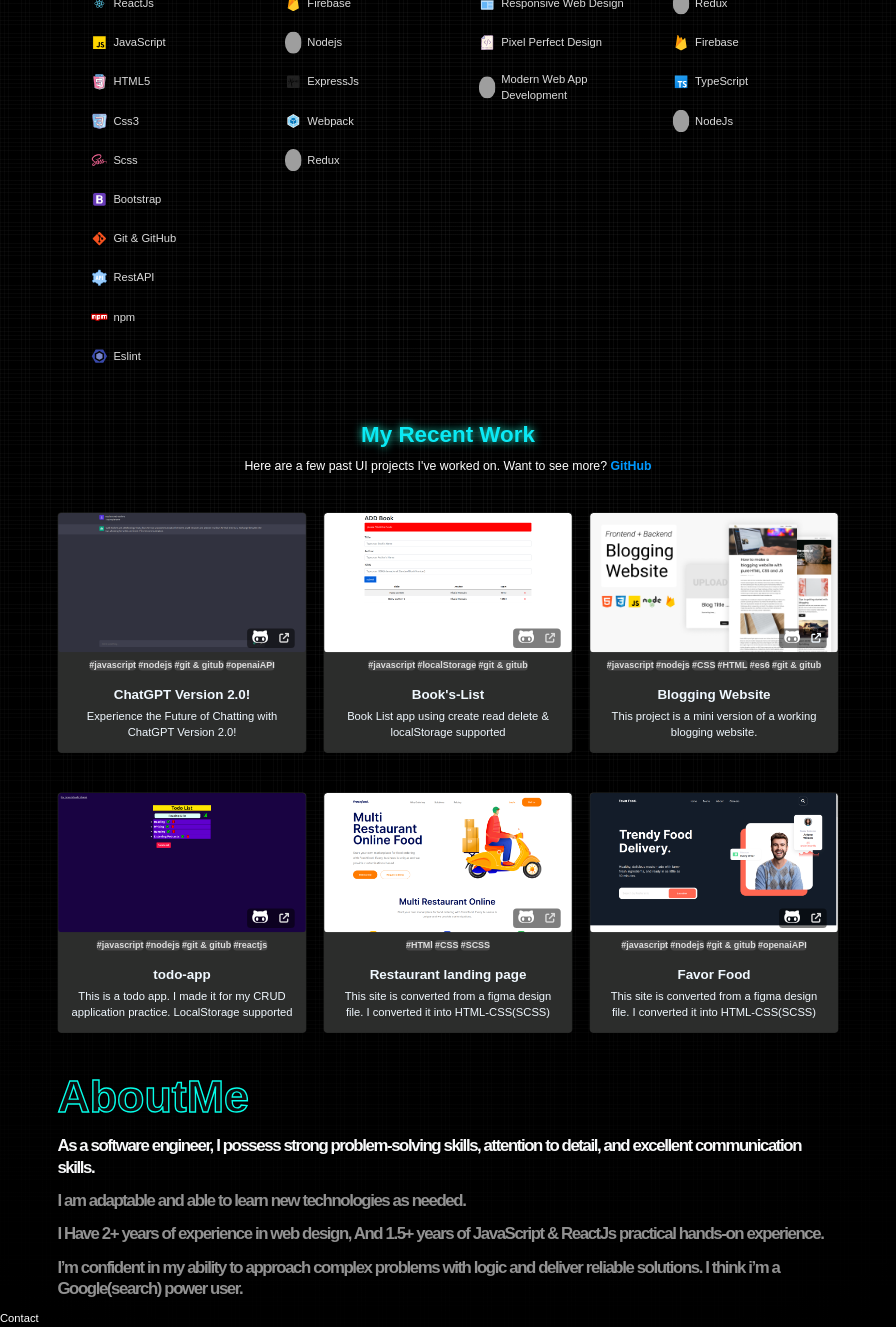
Repository: badhon252/my-portfolio
Page: /
The author's editor kept a copy of each file at every save. The page is drawn from the files as they stood at one save, then again after the next save.
The browser window is 1280 px wide. The pictures show the part of the page from y = 1037 to 2957 px (the page is 2933 px tall before and 2957 px after), at 70% of full size.
Pictures or frames that could not be fetched are drawn as grey boxes. The project was rebuilt for these pictures with package versions that can differ from the ones it lists, and the page was loaded fresh each time. Also part of the build but not shown: src/Components/Home/Header/HeaderContent/HeaderContent.css, src/Components/Home/Header/Navbar/Navs/GitHub/Github.module.css, src/Components/Home/Header/Navbar/Navs/LinkedIn/LinkedIn.module.css.

Above is the page before, as saved 2023-01-24 16:42:30.

### public/index.html
<!DOCTYPE html>
<html lang="en">

<head>
    <meta charset="utf-8" />
    <link rel="icon" href="%PUBLIC_URL%/favicon.ico" />
    <meta name="viewport" content="width=device-width, initial-scale=1" />
    <meta name="theme-color" content="#000000" />
    <meta name="description" content="Web site created using create-react-app, Portfolio" />
    <link rel="apple-touch-icon" href="%PUBLIC_URL%/logo192.png" />
    <link rel="stylesheet" href="https://cdnjs.cloudflare.com/ajax/libs/font-awesome/6.2.1/css/all.min.css">
    <link rel="manifest" href="%PUBLIC_URL%/manifest.json" />
    <!--  Bootstap== -->
    <link rel="stylesheet" href="https://cdn.jsdelivr.net/npm/bootstrap@5.3.0-alpha1/dist/css/bootstrap.min.css">


    <title>Khalid Hossain | Portfolio Website</title>
</head>

<body>
    <div id="root"></div>

    <script src="https://cdn.jsdelivr.net/npm/bootstrap@5.3.0-alpha1/dist/js/bootstrap.bundle.min.js"></script>
    <!-- <script src="https://platform.linkedin.com/badges/js/profile.js" async defer type="text/javascript"></script> -->

</body>

</html>

### src/index.css
body {
    margin: 0;
    font-family: -apple-system, BlinkMacSystemFont, 'Segoe UI', 'Roboto', 'Oxygen', 'Ubuntu', 'Cantarell', 'Fira Sans', 'Droid Sans', 'Helvetica Neue', sans-serif;
    -webkit-font-smoothing: antialiased;
    -moz-osx-font-smoothing: grayscale;
    background-color: #000000;
    background-image: radial-gradient(circle at center center, transparent 0%, rgb(0, 0, 0) 99%), repeating-linear-gradient(0deg, rgba(163, 163, 163, 0.07) 0px, rgba(163, 163, 163, 0.07) 1px, transparent 1px, transparent 6px), repeating-linear-gradient(90deg, rgba(163, 163, 163, 0.07) 0px, rgba(163, 163, 163, 0.07) 1px, transparent 1px, transparent 6px), linear-gradient(90deg, rgb(0, 0, 0), rgb(0, 0, 0));
    color: #ffffff;
}

* {
    margin: 0;
    padding: 0;
    box-sizing: border-box;
    font-family: 'Poppins', sans-serif;
}

### src/Components/Home/Home.jsx
import AboutMe from "./AboutMe/AboutMe";
import Footer from "./Footer/Footer";
import Header from "./Header/Header";
import Projects from "./Project/Projects";
import Skill from "./Skill/Skill";


export default function Home() {
  return (
    <div>
        <Header />
        <Skill/>
        <Projects/>
        <AboutMe/>
        <Footer/>

    </div>
  )
}

### src/Components/Home/AboutMe/AboutMe.jsx
import React from 'react';

const AboutMe = () => {
    return (
        <div className='container'>
            <h1>AboutMe</h1>
            <div className="about-me">
                <p className='bold text-light'>As a software engineer, I possess strong problem-solving skills, attention to detail, and excellent communication skills.
                </p>
                <p>
                     I am adaptable and able to learn new technologies as needed.


                </p>
                <p>I Have 2+ years of experience in web design, And 1.5+ years of JavaScript & ReactJs practical hands-on experience.</p>
                <p> I’m confident in my ability to approach complex problems with logic and deliver reliable solutions.
                   I think i’m a Google(search) power user.</p>
            </div>
        </div>
    );
}

export default AboutMe;

### src/Components/Home/Footer/Footer.jsx
import React from 'react'
import Contact from './Contact/Contact'

export default function Footer() {
  return (
    <div>
        <Contact/>
    </div>
  )
}

### src/Components/Home/Header/Header.jsx
import React from 'react'
import HeaderContent from './HeaderContent/HeaderContent'
import Navbar from './Navbar/Navbar'
import Classes from './Header.module.css'

export default function Header() {
  return (
    <div className={Classes.header}>
      <Navbar/>
      <HeaderContent/>
    </div>
  )
}

### src/Components/Home/Skill/Skill.jsx
import "./Skill.css"
import SkillSet from "./SkillSet";
const SkillEfficiency = () => {
    return (
       <div id="skill" className="container">
                <h2 className="skillSet__title"> <span>My Skills Set</span> </h2>
                <div className="skillSet__title__line">

                    <div className="skillSet__title__line__inner">
                        I Have 2+ years of web design, And 1.5+ years of JavaScript & ReactJs practical hands-on experience. <br />
                        <span> I am adaptable and able to learn newtechnologies as needed.</span>
                    </div>
                </div>
                  <SkillSet/>
       </div>
    );
}

export default SkillEfficiency;

### src/Components/Home/Header/HeaderContent/HeaderContent.jsx
import Badhon from "../../../../Assests/Images/badhon-color.png";
import HeroSection from './HeroSection'
// import Classes from "./Header.module.css";

export default function HeaderContent() {
  return (
      <div className="container">
        <div className="row my-5" >
            <div className="col-md-4">
              <img src={Badhon} alt="Badhon" className="img-fluid w-100 px-2" />
            </div>
            <div className="col-md-8 py-5 d-flex flex-column">
              <HeroSection />
            </div>
        </div>
      </div>
  )
}

### src/Components/Home/Header/Navbar/Navbar.jsx
import "./Navs/Navs.css"
import "./Navbar.css"
import Nav from './Navs/Nav/Nav'
// import NavbarBrand from './NavbarBrand/NavbarBrand'
// import LinkedIn from './Navs/LinkedIn/LinkedIn'
// import GitHub from './Navs/GitHub/Github'

export default function Navbar() {
  return (
    <div className='navBar borderBottom'>
            <Nav/>
         {/* <div className='navBar'>
            <LinkedIn/>
            <GitHub/>
         </div> */}
    </div>
  )
}

### src/Components/Home/Header/Header.module.css
.header {
    min-height: 100vh;
    color: aliceblue;
    padding: 0 1rem;
}

### src/Components/Home/Project/ProjectCard.jsx
import CardImgLink from "./Card_img__link"
import "./Projects.css"

export default function ProjectCard(props) {

  function stacks(){
    return props.stack.map((item, index) => {
      return <span className="stack" key={index}>#{item}</span>
    })
  }

  return (
    <div className="card my-1" id="card">
          <div className="card-img">
            <a href={props.preview}>
              <img src={props.img} className="card-img-top img-fluid" alt={props.title}/>
            </a>

          </div>
        <div className="card-body">
          <div className="stacks">
              <CardImgLink preview={props.preview} link={props.link}/>
             {stacks()}
          </div>

            <h5 className="card-title my-2">{props.title}</h5>
            <span className="card-text">{props.text}</span>

        </div>
    </div>
  )
}

### src/Components/Home/Project/Projects.css
#card {
    background-color: #2c2d2c;
    /* width: 18rem */
    overflow: hidden;
    color: aliceblue;
    position: relative;
    text-align: center;
}

.card-img {
    overflow: hidden;
}

.img-fluid {
    border-radius: 0%;
    width: 100%;
    height: 100%;
    object-fit: cover;
    object-position: center;
    transition: 0.5s;
}

.card-img-top:hover {
    border-radius: 0;
    transform: scale(1.2);
}


/* Path: src/Components/Home/Project/Projects.css */

.project__title {
    color: rgb(255, 255, 255);
    text-align: center;
}

.project__title h2 {
    font-size: 2rem;
    font-weight: 700;
    margin-bottom: 1rem;
}

.project__title__line {
    font-weight: 500;
    font-size: 1.1rem;
}

.project__title__line a {
    color: #0099ff;
    text-decoration: none;
    font-weight: 600;
}

.project__title__line a:hover {
    color: #1da5ff;
    text-decoration: underline;
    font-weight: 600;
}

.card_img__link {
    border-radius: 5px;
    display: flex;
    align-items: center;
    justify-content: flex-end;
    position: absolute;
    right: 0;
    top: -40px;
    background-color: rgba(0, 0, 0, 0.507);
    transition: 0.5s;
}

.card_img__link a {
    color: #dbdbdb;
    text-decoration: none;
    font-weight: 700;
    margin: 0 .5rem;
}

.card_img__link a:hover {
    color: #eae8ff;
    text-decoration: none;
    font-weight: 700;
}


/* .card_img__link i {
    width: 35px;
    position: absolute;
    height: auto;
    z-index: 1;
    top: 0;
} */


/* .githubIcon {
    right: 5px;
}

.redirect {
    max-width: 40px;
    margin-top: 6px;
    color: #0099ff;
} */

.card-body {
    z-index: 111;
}

.card-body h5 {
    font-size: 1.2rem;
    font-weight: 600;
    margin: 0;
}

.card-body .stacks {
    margin: 0;
    transform: translatey(-10px);
}

.card-body .stack {
    display: inline;
    font-size: .8rem;
    font-weight: 600;
    color: #dddddd;
    background-color: rgb(73, 73, 73);
    margin: .1rem;
    border-radius: 5px;
    text-align: left;
}

### src/Components/Home/Skill/Skill.css
/* .skills {
    margin: 4rem 0 2rem 0;
    display: flex;
    justify-content: space-around;
    flex-wrap: wrap;
    gap: 2rem;
    height: 80vh;
    overflow: hidden;
} */

.skillSet__title__text {
    font-size: 1.5rem;
    font-weight: 600;
    margin-bottom: 1rem;
}

.skillSet li {
    list-style-type: none;
    margin: 0.5rem 1rem;
    color: #ffffffda;
    transition: .4s;
    display: flex;
    align-items: center;
    padding: .5rem 0;
}

.skillSet li img {
    width: 1.5rem;
    margin-right: 0.5rem;
}

.skillSet li:hover {
    color: #ffffff;
    scale: 1.4;
}

.skillSet__title {
    text-align: center;
    font-size: 2rem;
    padding: 1rem 0;
}

.skillSet__title span {
    padding: 1rem 0;
    border-bottom: 4px solid rgb(255, 28, 28);
}

.skillSet__title__line {
    font-size: 1.3rem;
    font-weight: 600;
    color: rgba(255, 255, 255, 0.63);
    text-align: center;
    margin: 1rem 0;
}

.skillSet__title__line__inner {
    margin: 24px 0 80px 0;
    font-size: 1.3rem;
    font-weight: 500;
    line-height: 1.5;
}

.skillSet__title__line__inner span {
    color: #ffffffec;
}

.skillSet {
    margin: 1rem 0;
}


/* Generated code  */


/* .wave-container {
    height: 40vh;
    background-color: #000000;
    position: relative;
}

.wave-container::before {
    content: "";
    width: 100%;
    height: 135px;
    position: absolute;
    bottom: -0.3%;
    left: 0;
    background-size: auto;
    background-repeat: repeat no-repeat;
    background-position: 54vw bottom;
    background-image: url("data:[embedded picture, 356 characters]");
}

@media(max-width:850px) {
    .wave-container::before {
        height: 67.5px
    }
} */

### src/Components/Home/Skill/SkillSet.jsx
import "./Skill.css"
import reactIcon from "../../../Assests/icons/react.svg"
import jsIcon from "../../../Assests/icons/javascript.svg"
import htmlIcon from "../../../Assests/icons/html-5.svg"
import cssIcon from "../../../Assests/icons/css3.svg"
import scssIcon from "../../../Assests/icons/sass.svg"
import bsIcon from "../../../Assests/icons/bootstrap.svg"
import gitIcon from "../../../Assests/icons/git.svg"
import apiIcon from "../../../Assests/icons/rest-api.svg"
import npmIcon from "../../../Assests/icons/npmV1.svg"
import eslintIcon from "../../../Assests/icons/eslint.svg"
import firebaseIcon from "../../../Assests/icons/firebase.svg"
import nodejsIcon from "../../../Assests/icons/node-js.svg"
import expressjsIcon from "../../../Assests/icons/express.svg"
import webpackIcon from "../../../Assests/icons/webpack.svg"
import reduxIcon from "../../../Assests/icons/redux.svg"
import typescriptIcon from "../../../Assests/icons/typescript.svg"
import webIcon from "../../../Assests/icons/web-design.svg"
import codeFileIcon from "../../../Assests/icons/code-file.svg"
import codeIcon from "../../../Assests/icons/code.svg"

export default function SkillSet() {
  return (
      <ul className="skills row">
                     <div className="skillSet col-md-3">
                        <div className="skillSet__title__text">Technology & Tools</div>
                            <li> <img src={reactIcon} alt="icon"/> ReactJs</li>
                            <li><img src={jsIcon} alt="icon"/>JavaScript</li>
                            <li><img src={htmlIcon} alt="icon"/>HTML5</li>
                            <li><img src={cssIcon} alt="icon"/>Css3</li>
                            <li><img src={scssIcon} alt="icon"/>Scss</li>
                            <li><img src={bsIcon} alt="icon"/>Bootstrap</li>
                            <li><img src={gitIcon} alt="icon"/>Git & GitHub</li>
                            <li><img src={apiIcon} alt="icon"/>RestAPI</li>
                            <li><img src={npmIcon} alt="icon"/>npm</li>
                            <li><img src={eslintIcon} alt="icon"/>Eslint</li>
                    </div>

                    <div className="skillSet col-md-3">
                        <div className="skillSet__title__text">Also Worked with</div>
                            <li><img src={firebaseIcon} alt="icon"/>Firebase</li>
                            <li><img src={nodejsIcon} alt="icon"/>Nodejs</li>
                            <li><img src={expressjsIcon} alt="icon"/>ExpressJs</li>
                            <li><img src={webpackIcon} alt="icon"/>Webpack</li>
                            <li><img src={reduxIcon} alt="icon"/>Redux</li>
                    </div>

                    <div className="skillSet col-md-3">
                         <div className="skillSet__title__text">My Services</div>
                            <li><img src={webIcon} alt="icon"/>Responsive Web Design</li>
                            <li><img src={codeFileIcon} alt="icon"/>Pixel Perfect Design</li>
                            <li><img src={codeIcon} alt="icon"/>Modern Web App Development</li>
                    </div>

                    <div className="skillSet col-md-3">
                        <div className="skillSet__title__text">Curently Learning</div>
                            <li><img src={reduxIcon} alt="icon"/>Redux</li>
                            <li><img src={firebaseIcon} alt="icon"/>Firebase</li>
                            <li><img src={typescriptIcon} alt="icon"/>TypeScript</li>
                            <li><img src={nodejsIcon} alt="icon"/>NodeJs</li>
                    </div>

                    </ul>

  )
}

### src/Components/Home/Header/HeaderContent/HeroSection.jsx
import Classes from "./Header.module.css";
import "./HeaderContent.css"

export default function HeroSection() {
  return (
    <div className="heroSection">
          <h2 className="h2">Hi, I'm</h2>
          <h1 className="h1-name">Khalid Hossain.</h1>
          <p>
            I’m a <span>Frontend Developer with a constant desire to grow, learn, and explore the world!</span> Passionate about crafting intuitive and engaging user experiences,
            I am always looking for new challenges and opportunities to grow as an engineer.
          </p>

          <a className={Classes.resume} href="https://drive.google.com/file/d/1dNWfd7X8CYs_9THDZo58HHKVKzD8WfeY/view?usp=share_link" target="_blank" rel="noreferrer">
              See my Resume <i className="fa-solid fa-arrow-up-right-from-square"></i>
          </a>

    </div>
  );
}

### src/Components/Home/Header/Navbar/Navs/Navs.css
.flexRow {
    display: flex;
    justify-content: space-between;
    align-items: center;
    flex-wrap: wrap;
    gap: 2rem;
}

.me_1 {
    margin-right: 1rem;
}

img {
    width: 2rem;
    height: 2rem;
    border-radius: 50%;
}

.navbar-brand {
    /* background: #FFFF00;
    background: linear-gradient(to left, #FFFF00 0%, #05C1FF 50%, #FFFF00 100%);
    -webkit-background-clip: text;
    -webkit-text-fill-color: transparent; */
    color: aqua;
    font-size: 1.5rem;
    font-weight: 600;
    text-decoration: none;
    font-family: "Poppins", sans-serif;
}

### src/Components/Home/Header/Navbar/Navbar.css
.boxShadow {
    -webkit-box-shadow: 0px 22px 40px -37px rgba(255, 255, 255, 1);
    -moz-box-shadow: 0px 22px 40px -37px rgba(255, 255, 255, 1);
    box-shadow: 0px 22px 40px -37px rgba(255, 255, 255, 1);
}

.borderBottom {
    border-bottom: 1px solid #f6f6f612;
}

### src/Components/Home/Header/Navbar/Navs/Nav/Nav.jsx
import GitHub from "../GitHub/Github"
import LinkedIn from "../LinkedIn/LinkedIn"
import "./../Navs.css"
import "./Nav.css"
export default function Nav() {
  return (
    <nav class="navbar navbar-expand-lg">
      <div class="container-fluid">
        <a class="navbar-brand" href="#home">khalid</a>
        <button class="navbar-toggler" type="button" data-bs-toggle="collapse" data-bs-target="#navbarNav" aria-controls="navbarNav" aria-expanded="false" aria-label="Toggle navigation">
          <i class="fa-solid fa-bars"></i>
        </button>
        <div class="collapse navbar-collapse" id="navbarNav">
          <ul class="navbar-nav mx-auto">
            <li class="nav-item">
              <a class="nav-link" aria-current="page" href="#home">Home</a>
            </li>
            <li class="nav-item">
              <a class="nav-link" href="#skill">Skill</a>
            </li>
            <li class="nav-item">
              <a class="nav-link" href="#projects">Projects</a>
            </li>
            <li className="nav-item">
                <a className="nav-link" href="#aboutMe">About</a>
            </li>
            <li className="nav-item">
                <a className="nav-link" href="#contact">Contact</a>
            </li>
          </ul>
          <div className="d-flex">
          <LinkedIn/>
          <GitHub/>
          </div>
        </div>
      </div>
    </nav>
  )
}

### src/Components/Home/Project/Card_img__link.jsx
// import githubIcon from "../../../Assests/icons/github.png"
// import redirect from "../../../Assests/icons/redirect.svg"
import "./Projects.css"
export default function Card_img__link(props) {

  return (
     <div className="card_img__link">
              <a href={props.link} target="_blank" rel="noreferrer" >
               <i class="fa-brands fa-github-alt"></i>
              </a>
              <a href={props.preview} target="_blank" rel="noreferrer" >
                  <i class="fa-solid fa-arrow-up-right-from-square redirect"></i>
              </a>

    </div>
  )
}

### src/Components/Home/Header/HeaderContent/Header.module.css
.heroImage {
    min-width: 300px;
    max-width: 500px;
    width: 100%;
    height: auto;
    box-sizing: border-box;
    overflow: hidden;
    border-radius: 30% 70% 64% 36% / 44% 42% 58% 56%;
}

h1 {
    font-size: 4em;
    font-weight: 700;
    margin-bottom: 1rem;
    -webkit-text-fill-color: rgb(14, 13, 13);
    /* Will override color (regardless of order) */
    -webkit-text-stroke-width: 2px;
    -webkit-text-stroke-color: rgb(4, 255, 234);
}

h2 {
    font-size: 2rem;
    font-family: 'Titillium Web', sans-serif;
    margin: 0;
    line-height: 1;
    transform: rotate(45px);
    transform: rotateX('angle');
    color: #0be9f4;
    text-shadow: 0 0 12px #24fbdd;
}

p {
    font-size: 1.5em;
    font-weight: 600;
    margin-bottom: 1rem;
    color: rgba(255, 255, 255, 0.568);
    line-height: 1.3;
    letter-spacing: -2px;
}

p span {
    color: #fcfcfc;
}

.resume {
    padding: .9rem 1.8rem;
    border: 1px solid #09ff01;
    font-size: 1rem;
    font-weight: 500;
    margin-top: 1rem;
    outline: none;
    border-radius: 5px;
    background: none;
    color: #fcfcfc;
    transition: .5s;
    cursor: pointer;
    text-decoration: none;
    display: inline-block;
}

.resume:hover {
    color: rgb(7, 7, 7);
    background-color: rgb(0, 255, 21);
}

.resume:active {
    transform: scale(0.95);
}

### src/Components/Home/Header/Navbar/Navs/GitHub/Github.jsx
import Classes from "./Github.module.css"
import github from "../../../../../../Assests/icons/github.png";
import "../Navs.css"

export default function GitHub() {
  return (
    <div className={Classes.faBrands}>
      <a href="https://github.com/badhon252" target="_blank" rel="noreferrer">
        <img className="fa-github" src={github} alt="github" />
        </a>
    </div>
  )
}

### src/Components/Home/Header/Navbar/Navs/LinkedIn/LinkedIn.jsx
import "./LinkedIn.module.css"
import linkedin from "../../../../../../Assests/icons/linkedin.svg";

export default function LinkedIn() {
  return (
    <div className='me_1' >
      <a href="https://www.linkedin.com/in/khalidhossainbadhon/" target="_blank" rel="noreferrer">
      <img src={linkedin} alt="" />
      </a>
    </div>
  )
}

### src/Components/Home/Header/Navbar/Navs/Nav/Nav.css
.navBar {
    padding: 1.1rem 0;
    flex-wrap: wrap;
}

.navbar-nav {
    list-style-type: none;
    display: flex;
    justify-content: space-between;
}

.navbar-nav li a {
    text-decoration: none;
    color: rgb(255, 255, 255);
    font-size: 1.2rem;
    font-weight: 500;
    transition: all 0.3s ease-in-out;
    margin: 0 1rem;
}

.navbar-nav li a:hover {
    color: #49ff12;
}

.navbar-nav li a.active {
    color: #bb0707;
}

.navbar-nav li a.active:hover {
    color: #f1f1f1;
}

.navbar-nav li a.active::after {
    content: "";
    display: block;
    width: 100%;
    height: 2px;
    background: #f1f1f1;
    margin-top: 5px;
}

.navbar-nav li a.active:hover::after {
    background: #f1f1f1;
}

.fa-brands,
.fab {
    font-weight: 400;
    font-size: 1.5rem;
    color: #fff;
}

.fa-bars {
    color: #fff;
}

Loaded but not shown: src/index.js (common file); src/reportWebVitals.js (common file); src/Components/Home/Footer/Contact/Contact.jsx (common file); src/App.js (11 lines, source omitted); src/Components/Home/Project/Projects.jsx (84 lines, source omitted)

After the next save:
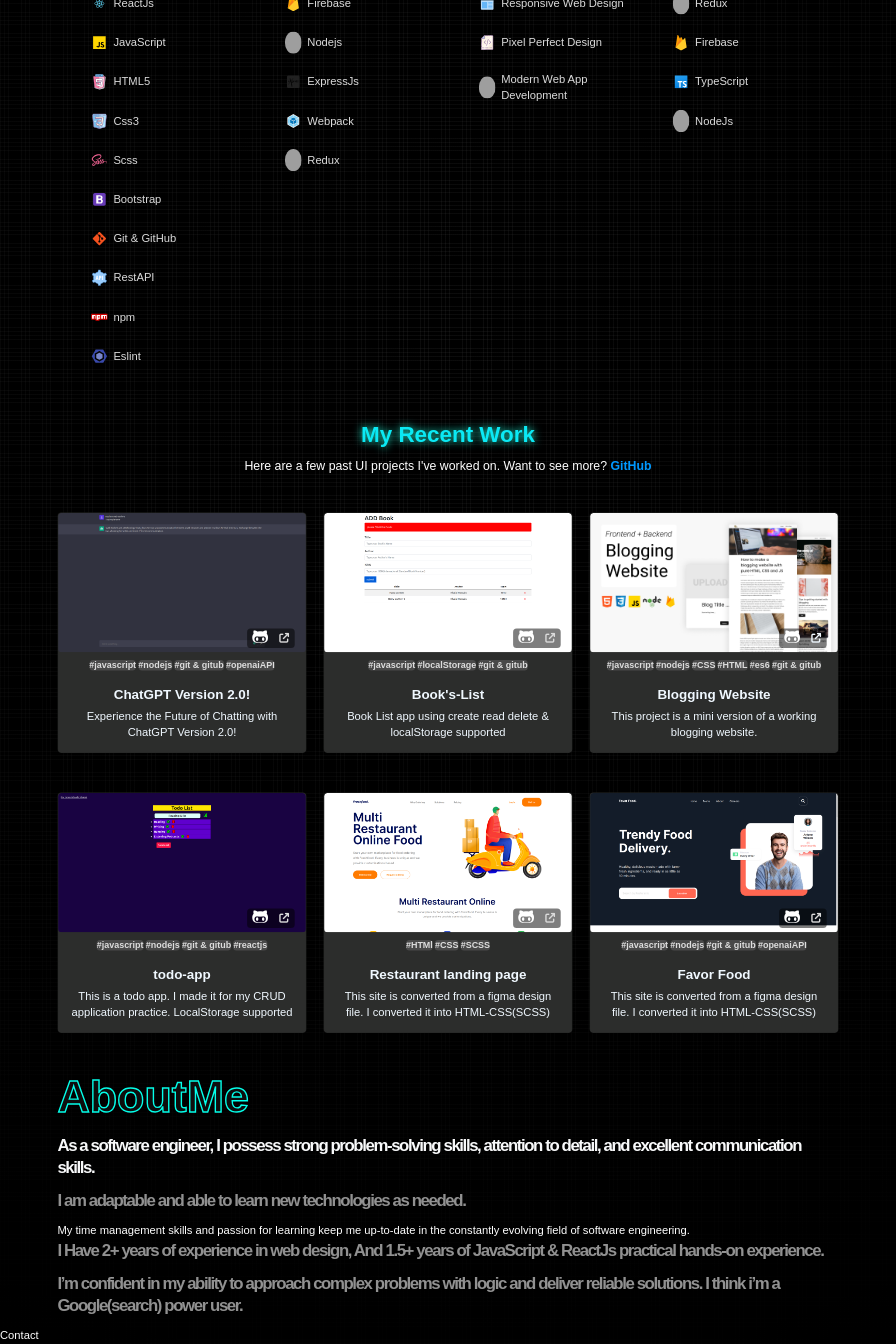
Saved 10 s later.
--- a/src/Components/Home/AboutMe/AboutMe.jsx
+++ b/src/Components/Home/AboutMe/AboutMe.jsx
@@ -9,9 +9,8 @@ const AboutMe = () => {
                 </p>
                 <p>
                      I am adaptable and able to learn new technologies as needed.
-
-
                 </p>
+                 My time management skills and passion for learning keep me up-to-date in the constantly evolving field of software engineering.
                 <p>I Have 2+ years of experience in web design, And 1.5+ years of JavaScript & ReactJs practical hands-on experience.</p>
                 <p> I’m confident in my ability to approach complex problems with logic and deliver reliable solutions.
                    I think i’m a Google(search) power user.</p>
